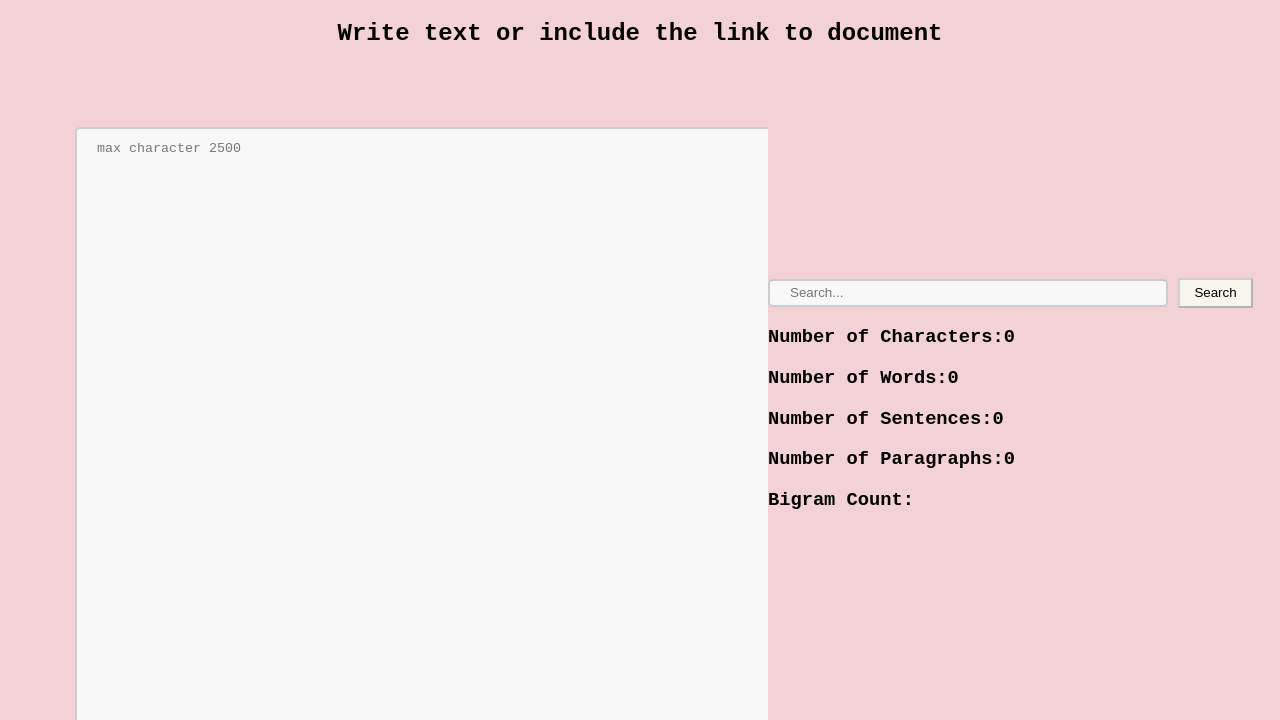
Repository: zitac234/TTPProject
Page: /
These files come from the project's save history. The page is drawn as it stood at one moment and after a run of saves; the edit follows.
The browser window is 1280 px wide. The pictures show the whole page.
The project was rebuilt for these pictures with package versions that can differ from the ones it lists, and the page was loaded fresh each time. Also part of the build but not shown: webpack.config.js.

Above is the page before, as saved 2021-06-21 16:26:08.

### public/index.html
<!DOCTYPE html>
<html lang="en">
<head>
      <meta charset="UTF-8">
      <meta http-equiv="X-UA-Compatible" content="IE=edge">
      <meta name="viewport" content="width=device-width, initial-scale=1.0">
      <script src="/bundle.js" defer></script>
      <title>Google Word Count</title>
      <link rel="stylesheet" href="/style.css" />
</head>
<body>
      <div id="app"></div>
</body>
</html>

### client/index.js
import React from 'react';
// import Form from './Form'
import CreateForm from './CreateForm'
import ReactDOM from 'react-dom';

ReactDOM.render(
  // <Form/>,
  <CreateForm/>,
  document.getElementById('app')
)

### client/CreateForm.js
import React, { useEffect, useState } from 'react'
import Form  from './Form'

export default function CreateForm (props) {
      const [text, setText] = useState('')
      const [search, setSearch] = useState('')
      let [counted, numberOfCharacter] = [0,0]
      function handleChange(evt){
            if(evt.target.name === 'text') setText(evt.target.value)
            else setSearch(evt.target.value)
      }
      function handleSubmit(evt){
            evt.preventDefault()
      }
      useEffect(()=>{
            document.getElementById('btn').addEventListener('click', )
      })
      return(
            <Form
                  text={text}
                  search={search}
                  handleChange={handleChange}
                  handleSubmit={handleSubmit}
                  numberOfCharacter = {countCharacters}
                  counted = {counts}
            />
      )
}
const counts = (str,demilter)=>{
      let textSplit = str.split(demilter)
      let strArray = textSplit.filter(s => s && s.trim())
      return [strArray.length, strArray]
}
const countCharacters = (str)=>{
      let textSplit = str.split('')
      let characterArray = textSplit.filter(character => character)
      return characterArray.length
}
const searchWord = (text, search)=>{
      let SearchArray = counts(text, ' ')[1].filter(word => word === search)
      let searchWord = (SearchArray)? `There are ${SearchArray.length} ${search}.`:`There is no ${search}.`
      document.getElementById('result').innerHTML = searchWord
}

### client/Form.js
import React from 'react'

export default function Form(props){
      let numberOfSentence =( props.counted(props.text,   /[!\.\?]/) || 0)
      let numberOfWord = (props.counted(props.text,   ' ') || 0)
      let  numberOfParagraph= (props.counted(props.text,  /\r?\n/) || 0)
      return (
            <div>
                  <h2 id = 'paragraph'>Write text or include the link to document</h2>
                  <div className = 'split left'>
                        <div  className = 'centered'>
                              <p  id = 'line'><textarea  name= 'text'   onChange={props.handleChange} id = 'textarea'  placeholder = 'max character 2500' maxLength='2500'></textarea></p>
                        </div>
                  </div>
                  <div className = 'split right'>
                        <div className = 'centered'>
                              <form  onSubmit={props.handleSubmit} >
                                    <input  name="search"  onChange={props.handleChange} type="text" placeholder = 'Search...'/>
                                    <button  id =  'btn'  type='submit' disabled={!props.search} >Search</button>
                              </form>
                              <h3 id = 'result'></h3>
                              <h3>Number of Characters:{props.numberOfCharacter(props.text)}</h3>
                              <h3>Number of Words:{numberOfWord[0]}</h3>
                              <h3>Number of Sentences:{numberOfSentence[0]}</h3>
                               <h3>Number of Paragraphs:{numberOfParagraph[0]}</h3>
                              <h3>Bigram  Count:</h3>
                        </div>
                  </div>
            </div>
      )
}

### public/style.css
body{
      font-family: 'Courier New', Courier, monospace;
      background-color: rgb(242, 210, 215);

}
.split{
      height: 100%;
      position: fixed;
      z-index: 1;
      top: 0;
      overflow-x: hidden;
      overflow-y: hidden
}
#line{
      border-right: 2px solid black;
      padding: 75px;
}
.left{
      left:0;
      width: 60%;
}
.right{
      right:0%;
      width: 40%;
}
.centered {
      position: absolute;
      top: 5%;
}
textarea {
      width: 700px;
      height: 650px;
      left: 5%;
}
input{
      margin-top: 50%;
      width: 400px;
      height:25px;
}
input, textarea{
      padding: 12px 20px;
      box-sizing: border-box;
      border: 2px solid #ccc;
      border-radius: 5px;
      background-color: #f8f8f8;
      resize: none;
}
button{
      color:black;
      background-color: rgb(247, 245, 236);
      width:75px;
      height: 30px;
      margin-left: 10px;
}
#paragraph{
      text-align: center;
}

After the next 2 saves:
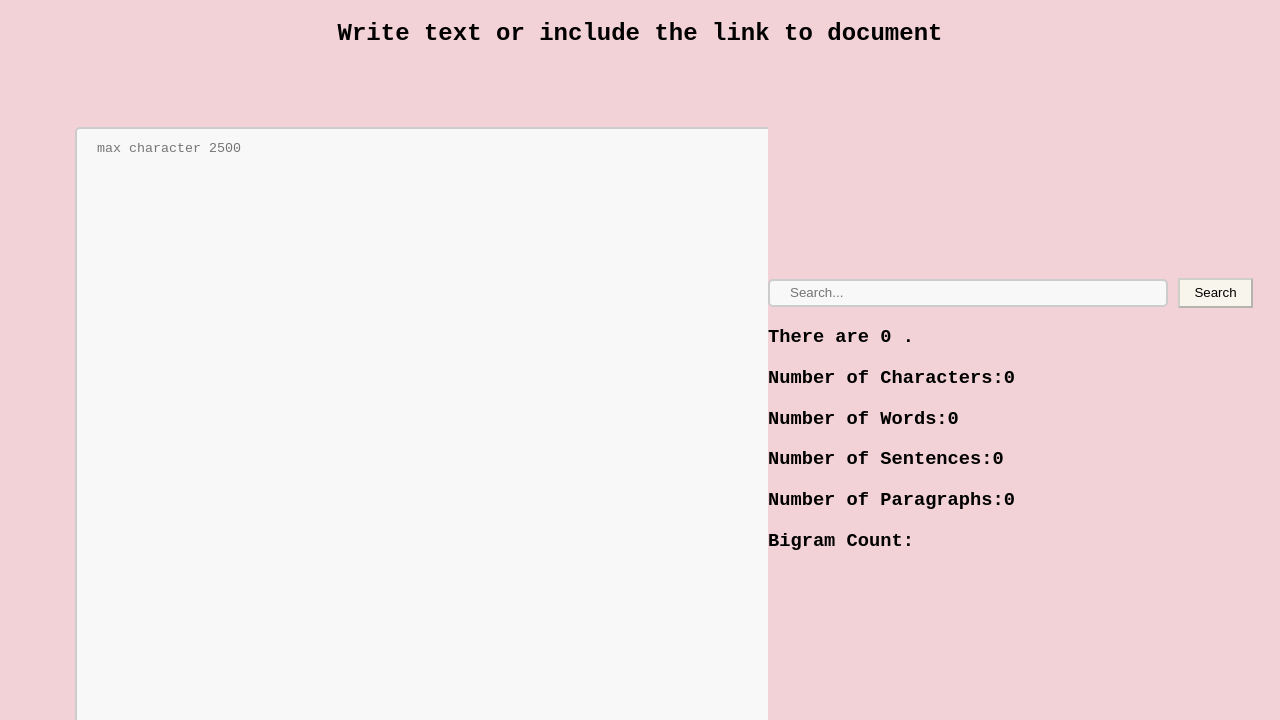
The 2 saves are shown as one change because 1 did not build or start.
The last was saved 17 s later.
--- a/client/CreateForm.js
+++ b/client/CreateForm.js
@@ -13,7 +13,7 @@
             evt.preventDefault()
       }
       useEffect(()=>{
-            document.getElementById('btn').addEventListener('click', )
+            document.getElementById('btn').addEventListener('click', searchWord(text, search))
       })
       return(
             <Form

After the save that followed:
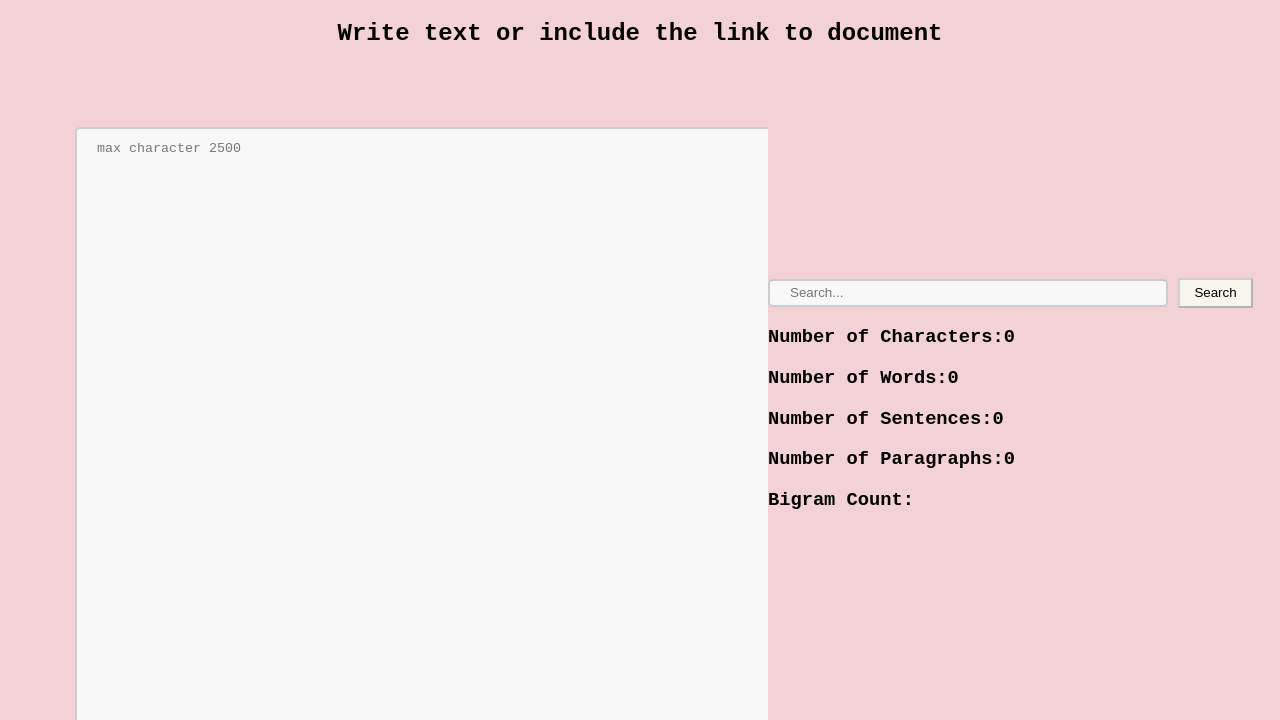
Saved 2 min 34 s later.
--- a/client/CreateForm.js
+++ b/client/CreateForm.js
@@ -13,7 +13,11 @@
             evt.preventDefault()
       }
       useEffect(()=>{
-            document.getElementById('btn').addEventListener('click', searchWord(text, search))
+            document.getElementById('btn').addEventListener('click', ()=>{
+                  let SearchArray = counts(text, ' ')[1].filter(word => word === search)
+                  let searchWord = (SearchArray)? `There are ${SearchArray.length} ${search}.`:`There is no ${search}.`
+                  document.getElementById('result').innerHTML = searchWord
+            })
       })
       return(
             <Form
@@ -36,8 +40,3 @@
       let characterArray = textSplit.filter(character => character)
       return characterArray.length
 }
-const searchWord = (text, search)=>{
-      let SearchArray = counts(text, ' ')[1].filter(word => word === search)
-      let searchWord = (SearchArray)? `There are ${SearchArray.length} ${search}.`:`There is no ${search}.`
-      document.getElementById('result').innerHTML = searchWord
-}
